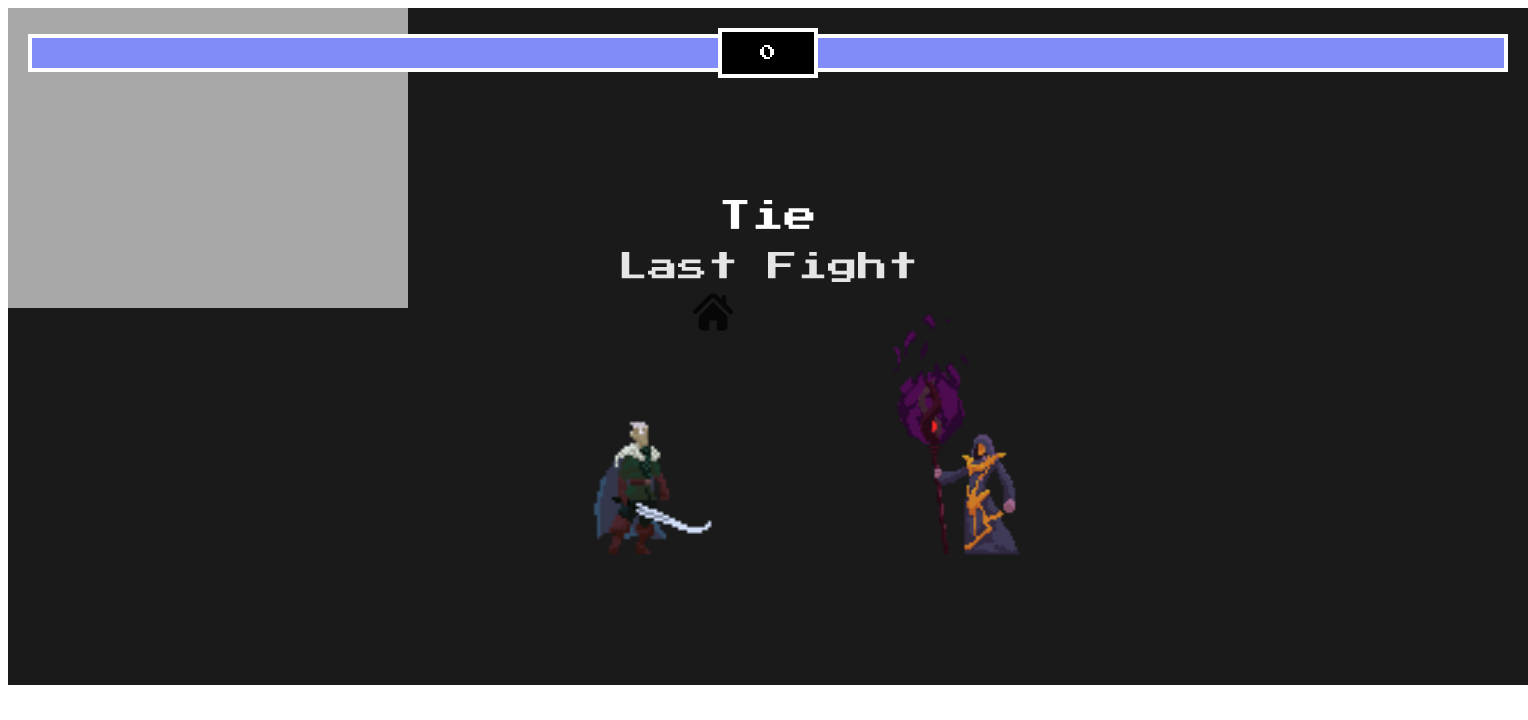
Repository: Gaurav31052/Fighting-game
Page: index.html
An editor plug-in stored every save of this project. The page is shown before and after the next save, followed by the edit.
The browser window is 1280 px wide. The page is 1528 px wide, so the pictures cover 1528 px, including what lies to the right of the window. The pictures show the whole page.
Some web libraries are served in a nearby version.

Above is the page before, as saved 2024-05-30 23:14:36.

### index.html
<head>
    <link rel="preconnect" href="https://fonts.googleapis.com">
    <link rel="preconnect" href="https://fonts.gstatic.com" crossorigin>
    <link href="https://fonts.googleapis.com/css2?family=Press+Start+2P&display=swap" rel="stylesheet">
    <style>
        * {
            box-sizing: border-box;
            font-family: "Press Start 2P", system-ui;
        }

            @keyframes fadeIn {
                from { opacity: 0; }
                to { opacity: 1; }
            }
            .image1{
                width: 40px;
            }

    </style>
</head>

<body>
    <!-- red container div -->
    <div style="position: relative; display: inline-block;">
        <!-- smaller red container div -->
        <div style="position: absolute; display: flex; align-items: center; width: 100%; padding: 20px;">
            <!-- player health -->
            <div style="position: relative; width: 100%; display: flex; justify-content: flex-end;
            border-top: 4px solid white;
            border-bottom: 4px solid white;
            border-left: 4px solid white;

            ">
                <div style="background-color: red; height: 30px; width: 100%;"></div>
                <div id="playerHealth"
                    style="position: absolute; background: #818CF8; top: 0; right: 0; bottom: 0; width: 100%;"></div>
            </div>
            <!-- timer -->
            <div id="timer"
                style="background-color: black; width: 100px; height: 50px; flex-shrink: 0; display: flex; align-items: center; justify-content: center; color: white; border: 4px solid white">
                10
            </div>
            <!-- enemy health -->
            <div style="position: relative;  width: 100%; border-top: 4px solid white;
            border-bottom: 4px solid white;
            border-right: 4px solid white;">
                <div style="background-color: red; height: 30px;"></div>
                <div id="enemyHealth"
                    style="position: absolute; background: #818CF8; top: 0; right: 0; bottom: 0; left: 0;"></div>
            </div>
        </div>
        <div id="displayText" style="position: absolute; color: white; display: flex; align-items: center; justify-content: center; top: 0;
        right: 0; left: 0; bottom: 260; font-size: 33px; display: none;">tie</div>
        <div id="displayText2" style="position: absolute; color: white; display: flex; align-items: center; justify-content: center; top: 0;
        right: 0; left: 0; bottom: 160; font-size: 30px; display: none; opacity: 0; animation: fadeIn 5s forwards; "></div>


        <!-- <div id="displayText4" style="position: absolute; color: white; display: flex; align-items: center; justify-content: center; top: 0; right: 0; left: 110; bottom: 70; font-size: 30px; display: none; opacity: 0; animation: fadeIn 7s forwards; "><a href="#"><img class="image1" src="./img/replay.png" alt="home" ></a></div> -->
        <div id="displayText5" style="position: absolute; color: white; display: flex; align-items: center; justify-content: center; top: 0;
        right:110; left: 0; bottom: 70; font-size: 30px; display: none; opacity: 0; animation: fadeIn 7s forwards; "><a href="./index.html"><img class="image1" src="./img/home icon.png" alt="home" ></a></div>



        <canvas id="canvas"></canvas>

    </div>

<!-- <script src="//cdnjs.cloudflare.com/ajax/libs/annyang/2.6.1/annyang.min.js"></script> -->
    <script src="https://cdnjs.cloudflare.com/ajax/libs/gsap/3.9.1/gsap.min.js"
        integrity="sha512-H6cPm97FAsgIKmlBA4s774vqoN24V5gSQL4yBTDOY2su2DeXZVhQPxFK4P6GPdnZqM9fg1G3cMv5wD7e6cFLZQ=="
        crossorigin="anonymous" referrerpolicy="no-referrer"></script>
    <script src="JS/utils.js"></script>
    <script src="JS/classes.js"></script>
    <script src="game.js"></script>

</body>

### JS/utils.js
function rectangularCollision({ rectangle1, rectangle2 }) {
    return (rectangle1.attackBox.position.x + rectangle1.attackBox.width >= rectangle2.position.x && rectangle1.attackBox.position.x <= rectangle2.position.x + rectangle2.width && rectangle1.attackBox.position.y + rectangle1.attackBox.height >= rectangle2.position.y && rectangle1.attackBox.position.y <= rectangle2.position.y + rectangle2.height)
}

function determineWinner({ player, enemy, timerId }) {
    clearTimeout(timerId)
    document.querySelector('#displayText').style.display = 'flex'
    document.querySelector('#displayText2').style.display = 'flex'
    // document.querySelector('#displayText4').style.display = 'flex'
    document.querySelector('#displayText5').style.display = 'flex'
    if (player.health === enemy.health) {
        game_sound.pause();
        draw.loop=true;
        draw.play();
        document.querySelector('#displayText').innerHTML = 'Tie'
        document.querySelector('#displayText2').innerHTML = 'Last Fight'
        // document.querySelector('#displayText4').innerHTML = 'Reply'
        // document.querySelector('#displayText5').innerHTML = 'home'
    }
    else if (player.health > enemy.health) {
        game_sound.pause();
        winning.play()
        document.querySelector('#displayText').innerHTML = 'Player-1 Wins!'
        document.querySelector('#displayText2').innerHTML = 'Last Fight'
    }
    else if (player.health < enemy.health) {
        game_sound.pause();
        winning.play()
        document.querySelector('#displayText').innerHTML = 'Player-2 Wins!'
        document.querySelector('#displayText2').innerHTML = 'Last Fight'
    }
}

let timer = 3;
let timerId
function decreaseTimer() {
    if (timer > 0) {
        timerId = setTimeout(decreaseTimer, 1000)
        timer--
        document.querySelector('#timer').innerHTML = timer;
    }
    if (timer == 0) {
        determineWinner({ player, enemy, timerId })
    }
}


var draw =new Audio("./audio/tie_bgm.mp3");
var winning =new Audio("./audio/winning audio.mp3");

### JS/classes.js
class Sprite {
    constructor({ position, imageSrc, scale = 1, frameMax = 1, offset = { x: 0, y: 0 } }) {
        this.position = position;
        this.width = 50
        this.height = 150
        this.image = new Image()
        this.image.src = imageSrc
        this.scale = scale
        this.frameMax = frameMax
        this.frameCurrent = 0
        this.frameElapsed = 0
        this.frameHold = 5
        this.offset = offset
    }
    draw() {

        c.drawImage(this.image, this.frameCurrent * (this.image.width / this.frameMax), 0, this.image.width / this.frameMax, this.image.height,

            this.position.x - this.offset.x, this.position.y - this.offset.y, (this.image.width / this.frameMax) * this.scale, this.image.height * this.scale)
    }

    animateFrame() {
        this.frameElapsed++
        if (this.frameElapsed % this.frameHold === 0) {
            if (this.frameCurrent < this.frameMax - 1) {

                this.frameCurrent++
            }
            else {
                this.frameCurrent = 0
            }
        }
    }

    update() {
        this.draw()
        this.animateFrame()
    }
}




class Fighter extends Sprite {
    constructor({ position, velocity, color = 'red', imageSrc, scale = 1, frameMax = 1, offset = { x: 0, y: 0 }, sprites,attackBox ={offset: {}, width: undefined, height: undefined} }) {
        super({
            position,
            imageSrc,
            frameMax,
            scale,
            offset
        })

        this.velocity = velocity;
        this.width = 50
        this.height = 150
        this.lastkey
        this.attackBox = {
            position: {
                x: this.position.x,
                y: this.position.y
            },
            offset: attackBox.offset,
            width: attackBox.width,
            height: attackBox.height
        }
        this.color = color
        this.isAttacking
        this.health = 100
        this.frameCurrent = 0
        this.frameElapsed = 0
        this.frameHold = 5
        this.sprites =sprites
        this.dead = false

        for(const sprite in this.sprites){
            sprites[sprite].image =new Image()
            sprites[sprite].image.src= sprites[sprite].imageSrc
        }

    }
    // draw() {
    //     c.fillStyle = this.color
    //     c.fillRect(this.position.x, this.position.y, this.width, this.height)

    //     // attack box
    //     if (this.isAttacking) {
    //         c.fillStyle = 'green'
    //         c.fillRect(this.attackBox.position.x, this.attackBox.position.y, this.attackBox.width, this.attackBox.height)
    //     }
    // }
    update() {
        this.draw()
        if(!this.dead)
        this.animateFrame()


// attack boxes
        this.attackBox.position.x = this.position.x + this.attackBox.offset.x
        this.attackBox.position.y = this.position.y + this.attackBox.offset.y

        // draw the attack box
        // c.fillRect(this.attackBox.position.x, this.attackBox.position.y, this.attackBox.width, this.attackBox.height)

        this.position.y += this.velocity.y
        this.position.x += this.velocity.x

        //gravity function
        if (this.position.y + this.height + this.velocity.y >= canvas.height-200) {
            this.velocity.y = 0
            this.position.y = 400
        }
        else {
            this.velocity.y += gravity
        }

    }
    attack() {
        this.switchSprite('attack1')
        this.isAttacking = true

    }

    takeHit(){
        this.health -= 5

        if(this.health <= 0){
            this.switchSprite('death')
        }
        else{
            this.switchSprite('takeHit')
        }
    }

    switchSprite(sprite){
        if(this.image === this.sprites.death.image) {
            if(this.frameCurrent=== this.sprites.death.frameMax-1) this.dead = true
            return}
        // overriding all other animations with the attack animations
        if(this.image === this.sprites.attack1.image && this.frameCurrent < this.sprites.attack1.frameMax -1) return

        // override when fighter gets hit
        if(this.image === this.sprites.takeHit.image && this.frameCurrent < this.sprites.takeHit.frameMax -1) return

        switch (sprite) {
            case 'idle':
                if(this.image!= this.sprites.idle.image){
                this.image=this.sprites.idle.image
                this.frameMax = this.sprites.idle.frameMax
                this.frameCurrent = 0
        }
                break;
            case 'run':
            if(this.image!= this.sprites.run.image){
            this.image=this.sprites.run.image
            this.frameMax = this.sprites.run.frameMax
            this.frameCurrent = 0
        }
                break;
            case 'jump':
                if(this.image!= this.sprites.jump.image){
                this.image =this.sprites.jump.image
                this.frameMax = this.sprites.jump.frameMax
                this.frameCurrent = 0
                }
                break;
            case 'fall':
                if(this.image!= this.sprites.fall.image){
                this.image =this.sprites.fall.image
                this.frameMax = this.sprites.fall.frameMax
                this.frameCurrent = 0
                }
                break;
            case 'attack1':
                if(this.image!= this.sprites.attack1.image){
                this.image =this.sprites.attack1.image
                this.frameMax = this.sprites.attack1.frameMax
                this.frameCurrent = 0
                }
                break;
            case 'takeHit':
                if(this.image!= this.sprites.takeHit.image){
                this.image =this.sprites.takeHit.image
                this.frameMax = this.sprites.takeHit.frameMax
                this.frameCurrent = 0
                }
                break;
            case 'death':
                if(this.image!= this.sprites.death.image){
                this.image =this.sprites.death.image
                this.frameMax = this.sprites.death.frameMax
                this.frameCurrent = 0
                }

                break;

        }
    }
}

Loaded but not shown: game.js (413 lines, source omitted)

After the next save:
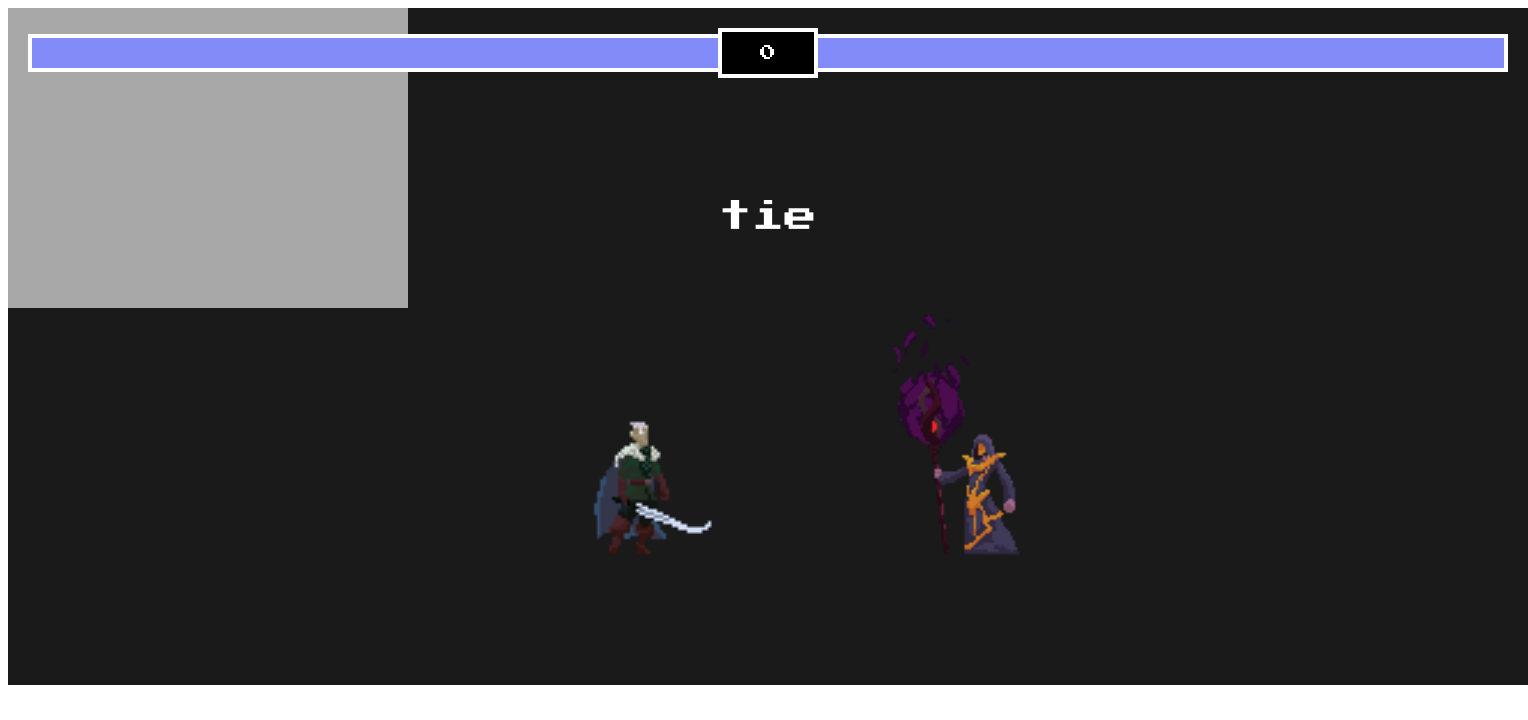
Console error: TypeError: Cannot read properties of null (reading 'style')
Saved 16 s later.
--- a/JS/utils.js
+++ b/JS/utils.js
@@ -6,7 +6,7 @@ function determineWinner({ player, enemy, timerId }) {
     clearTimeout(timerId)
     document.querySelector('#displayText').style.display = 'flex'
     document.querySelector('#displayText2').style.display = 'flex'
-    // document.querySelector('#displayText4').style.display = 'flex'
+    document.querySelector('#displayText4').style.display = 'flex'
     document.querySelector('#displayText5').style.display = 'flex'
     if (player.health === enemy.health) {
         game_sound.pause();

After the 2 saves that followed:
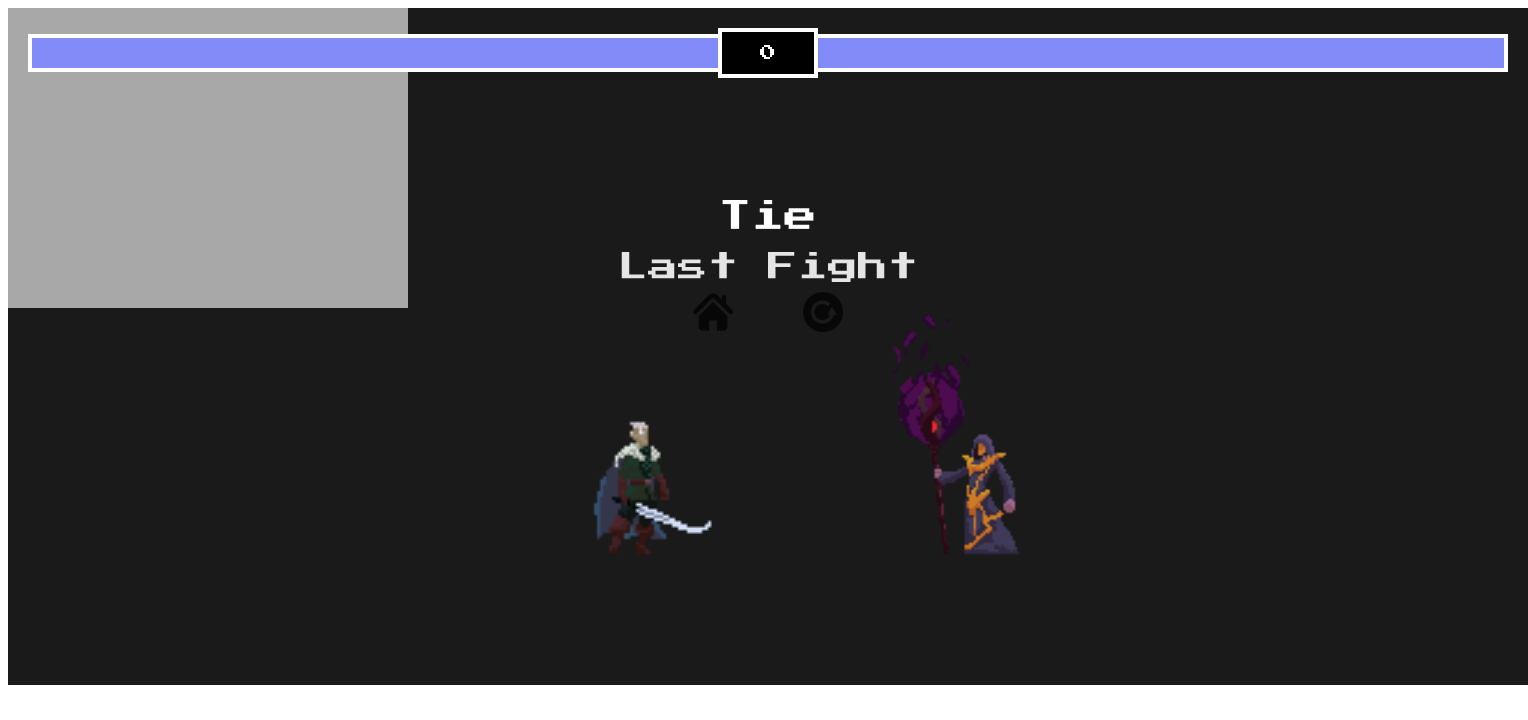
The error is gone.
The 2 saves are shown as one change because 1 left the picture as it was.
The last was saved 13 s later.
--- a/index.html
+++ b/index.html
@@ -55,9 +55,9 @@
         right: 0; left: 0; bottom: 160; font-size: 30px; display: none; opacity: 0; animation: fadeIn 5s forwards; "></div>
 
 
-        <!-- <div id="displayText4" style="position: absolute; color: white; display: flex; align-items: center; justify-content: center; top: 0; right: 0; left: 110; bottom: 70; font-size: 30px; display: none; opacity: 0; animation: fadeIn 7s forwards; "><a href="#"><img class="image1" src="./img/replay.png" alt="home" ></a></div> -->
+        <div id="displayText4" style="position: absolute; color: white; display: flex; align-items: center; justify-content: center; top: 0; right: 0; left: 110; bottom: 70; font-size: 30px; display: none; opacity: 0; animation: fadeIn 7s forwards; "><a href="./home.html"><img class="image1" src="./img/replay.png" alt="home" ></a></div>
         <div id="displayText5" style="position: absolute; color: white; display: flex; align-items: center; justify-content: center; top: 0;
-        right:110; left: 0; bottom: 70; font-size: 30px; display: none; opacity: 0; animation: fadeIn 7s forwards; "><a href="./index.html"><img class="image1" src="./img/home icon.png" alt="home" ></a></div>
+        right:110; left: 0; bottom: 70; font-size: 30px; display: none; opacity: 0; animation: fadeIn 7s forwards; "><a href="./home.html"><img class="image1" src="./img/home icon.png" alt="home" ></a></div>
 
 
 
